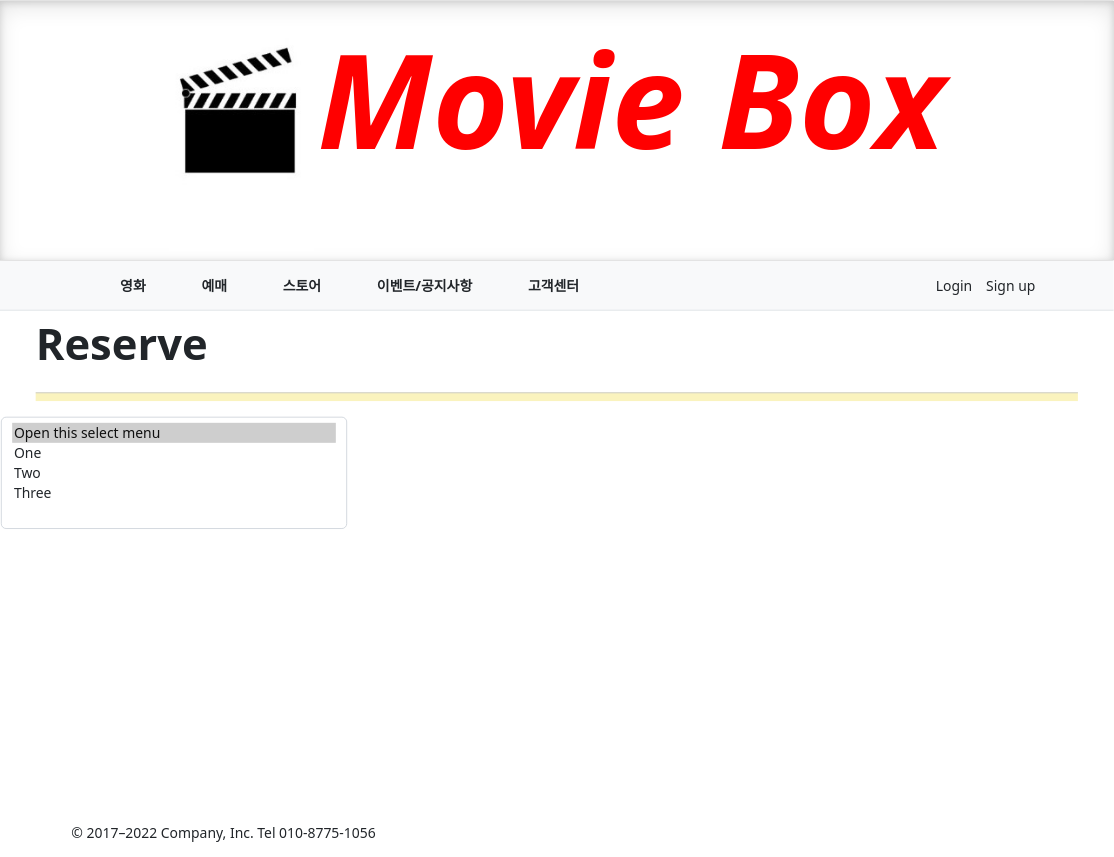
Repository: SpearManCN/MovieBox-2nd-Project-
Page: http://localhost/prj_01/WEB-INF/views/reserveForm.jsp
These files come from the project's save history. The page is drawn as it stood at one moment and after the next save; the edit follows.
The browser window is 1280 px wide. The pictures show the whole page, at 87% of full size.
The page is served by Tomcat 9. Nobody is signed in. Other server files are loaded and not shown. The template is opened directly, without the code that normally fills it, so the values that code supplies are empty.

Above is the page before, as saved 2022-12-13 11:13:18.

### Second project/prj_01/src/main/webapp/WEB-INF/views/reserveForm.jsp
<%@ page language="java" contentType="text/html; charset=UTF-8"
    pageEncoding="UTF-8"%>
        <%@taglib prefix="c" uri="http://java.sun.com/jsp/jstl/core" %>
<!DOCTYPE html>
<html>
<head>
<meta name="viewport" content="width=device-width, initial-scale=1">
<meta charset="UTF-8">
<link href="https://cdn.jsdelivr.net/npm/bootstrap@5.2.3/dist/css/bootstrap.min.css" rel="stylesheet" integrity="sha384-rbsA2VBKQhggwzxH7pPCaAqO46MgnOM80zW1RWuH61DGLwZJEdK2Kadq2F9CUG65" crossorigin="anonymous">

</head>
<body>
<%@include file="/WEB-INF/views/commonHeader.jsp" %>

<center>
<table width="1200px">
	<tr>
	<td align="left"><span style="font-size:50px; font-weight:bold;">Reserve</span>
	<tr>
	<td><hr style="height:10px; background-color:#EDD200;">
	<tr>
</table>
</center>
<table width="400px">
<tr><td>
<select class="form-select" size="5" aria-label="size 3 select example" width="500px">
  <option selected>Open this select menu</option>
  <option value="1">One</option>
  <option value="2">Two</option>
  <option value="3">Three</option>
</select>
</table>



<%@include file="/WEB-INF/views/commonFooter.jsp" %>
</body>
</html>

### Second project/prj_01/src/main/webapp/WEB-INF/views/commonHeader.jsp
<%@ page language="java" contentType="text/html; charset=UTF-8"
    pageEncoding="UTF-8"%>



<script src="/js/jquery-1.11.0.min.js"></script>
<script>
function goLogin(){document.commonForm.action="/loginForm.do";document.commonForm.submit(); }
function goLoginJoin(){document.commonForm.action="/loginJoinForm.do";document.commonForm.submit();}
function goMyPage(){document.commonForm.action="/myPageHome.do";document.commonForm.submit(); }
function goMainForm(){document.commonForm.action="/mainForm.do";document.commonForm.submit(); }
function goLogout(){
	if(confirm("로그아웃 하시겠습니까?")){
		document.commonForm.action="/logout.do";document.commonForm.submit();
	}

	 }

</script>

<form name="commonForm" method="post"></form>
<div style="height:300px; background-color: white; border-width: 1px 0;
        box-shadow: inset 0 .5em 1.5em rgba(0, 0, 0, .1), inset 0 .125em .5em rgba(0, 0, 0, .15);         border: solid rgba(0, 0, 0, .15);
        border-width: 1px 0;" class="b-example-divider" align="center" >

 <span style="cursor:pointer" onclick="goMainForm();"><img src="resources/img/movieBox2.jpg" >
 <Span  style="font-size: 150px; color:red; font-weight: bold ; font-style: italic;" >Movie Box</Span>

 </span></div>

  <nav class="py-2 bg-light border-bottom">
    <div class="container d-flex flex-wrap">
      <ul class="nav me-auto">
      <li class="nav-item">&emsp;&emsp;&emsp;</li>
        <li class="nav-item"><a href="movieHome.do" class="nav-link link-dark px-2 active" aria-current="page" style="font-weight: bold ;" >영화</a></li>
         <li class="nav-item">&emsp;&emsp;&emsp;</li>
        <li class="nav-item"><a href="reserveForm.do" class="nav-link link-dark px-2" style="font-weight: bold ;">예매</a></li>
         <li class="nav-item">&emsp;&emsp;&emsp;</li>
        <li class="nav-item"><a href="/storeForm.do" class="nav-link link-dark px-2" style="font-weight: bold ;">스토어</a></li>
         <li class="nav-item">&emsp;&emsp;&emsp;</li>
        <li class="nav-item"><a href="/eventForm.do" class="nav-link link-dark px-2" style="font-weight: bold ;">이벤트/공지사항</a></li>
          <li class="nav-item">&emsp;&emsp;&emsp;</li>
        <li class="nav-item"><a href="/serviceForm.do" class="nav-link link-dark px-2" style="font-weight: bold ;">고객센터</a></li>

       </ul>
      <ul class="nav">

      		<%
      		if(session.getAttribute("memNo")==null){session.setAttribute("memNo",0);}
			int memNo = (int)session.getAttribute("memNo");
			if(memNo==0){	%>
        <li class="nav-item"><span class="nav-link link-dark px-2" style="cursor:pointer" onclick="goLogin();">Login</span></li>
			        <li class="nav-item"><span class="nav-link link-dark px-2" style="cursor:pointer" onclick="goLoginJoin();">Sign up</span></li>

			<%}else if(memNo==1){%>
			        <li class="nav-item"><span class="nav-link link-dark px-2" style="cursor:pointer" onclick="goAdmin();">AdminPage</span></li>

    				   <li class="nav-item"><span class="nav-link link-dark px-2" style="cursor:pointer" onclick="goLogout();">Logout</span></li>

			<%}else {%>
			      <li class="nav-item"><span class="nav-link link-dark px-2" style="cursor:pointer" onclick="goMyPage();">My Page</span></li>
    				   <li class="nav-item"><span class="nav-link link-dark px-2" style="cursor:pointer" onclick="goLogout();">Logout</span></li>
 				<%}
		%>






      </ul>
    </div>
  </nav>

### Second project/prj_01/src/main/webapp/WEB-INF/views/commonFooter.jsp
<%@ page language="java" contentType="text/html; charset=UTF-8"
    pageEncoding="UTF-8"%>
<!--====================================================================-->


<br>
<br><br><br><br><br><br><br><br><br><br><br>
<br><br>

  <footer class="container">
    <p class="float-end"></p>
    <p>&copy; 2017–2022 Company, Inc. Tel 010-8775-1056 </p>
  </footer>

<script src="https://cdn.jsdelivr.net/npm/bootstrap@5.2.3/dist/js/bootstrap.bundle.min.js" integrity="sha384-kenU1KFdBIe4zVF0s0G1M5b4hcpxyD9F7jL+jjXkk+Q2h455rYXK/7HAuoJl+0I4" crossorigin="anonymous"></script>

Loaded but not shown: Second project/prj_01/src/main/resources/static/js/jquery-1.11.0.min.js (library)

After the next save:
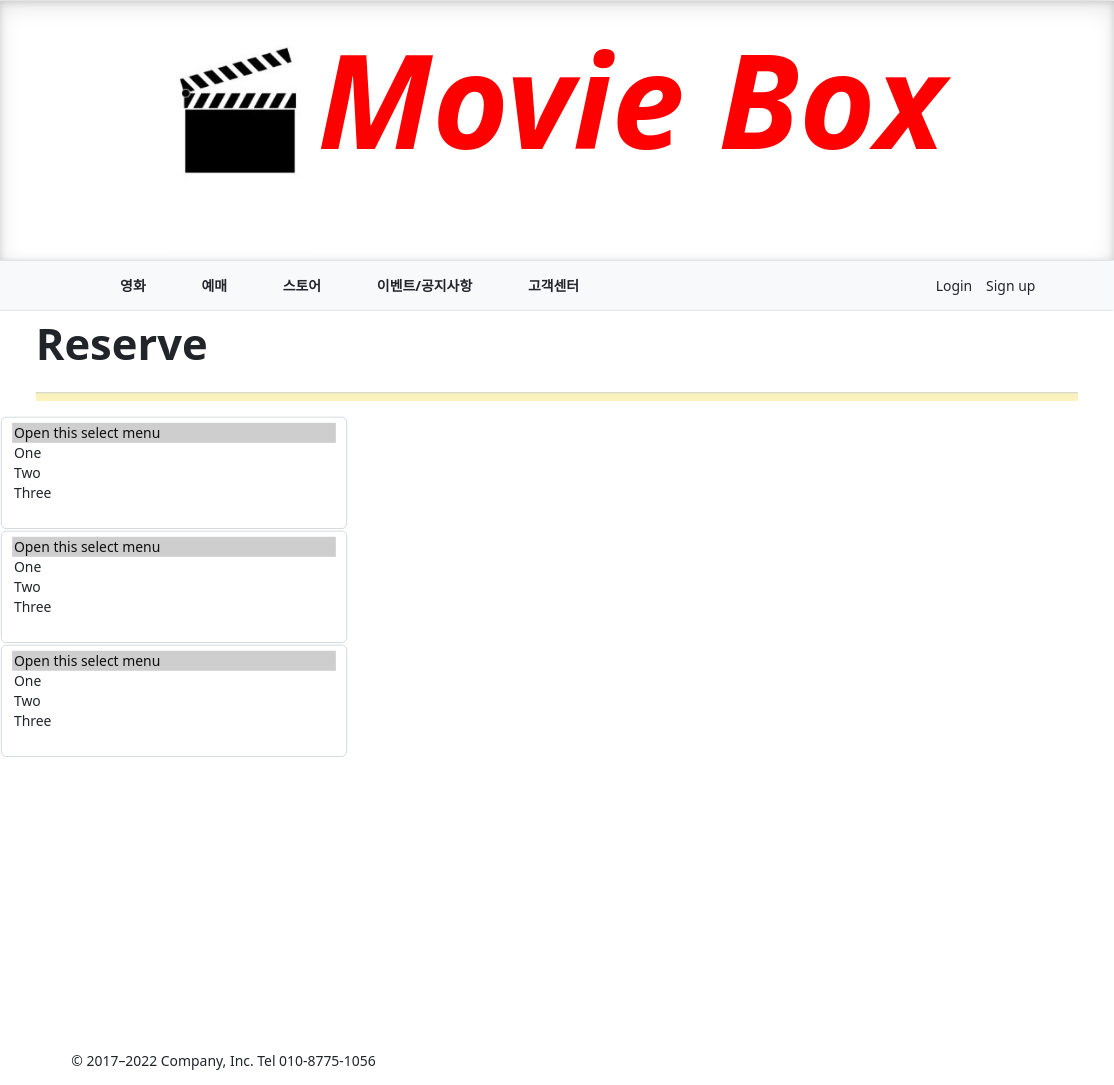
Saved 34 s later.
--- a/Second project/prj_01/src/main/webapp/WEB-INF/views/reserveForm.jsp
+++ b/Second project/prj_01/src/main/webapp/WEB-INF/views/reserveForm.jsp
@@ -21,6 +21,8 @@
 	<tr>
 </table>
 </center>
+<table>
+
 <table width="400px">
 <tr><td>
 <select class="form-select" size="5" aria-label="size 3 select example" width="500px">
@@ -32,6 +34,29 @@
 </table>
 
 
+<table width="400px">
+<tr><td>
+<select class="form-select" size="5" aria-label="size 3 select example" width="500px">
+  <option selected>Open this select menu</option>
+  <option value="1">One</option>
+  <option value="2">Two</option>
+  <option value="3">Three</option>
+</select>
+</table>
+
+
+<table width="400px">
+<tr><td>
+<select class="form-select" size="5" aria-label="size 3 select example" width="500px">
+  <option selected>Open this select menu</option>
+  <option value="1">One</option>
+  <option value="2">Two</option>
+  <option value="3">Three</option>
+</select>
+</table>
+
+
+</table>
 
 <%@include file="/WEB-INF/views/commonFooter.jsp" %>
 </body>
